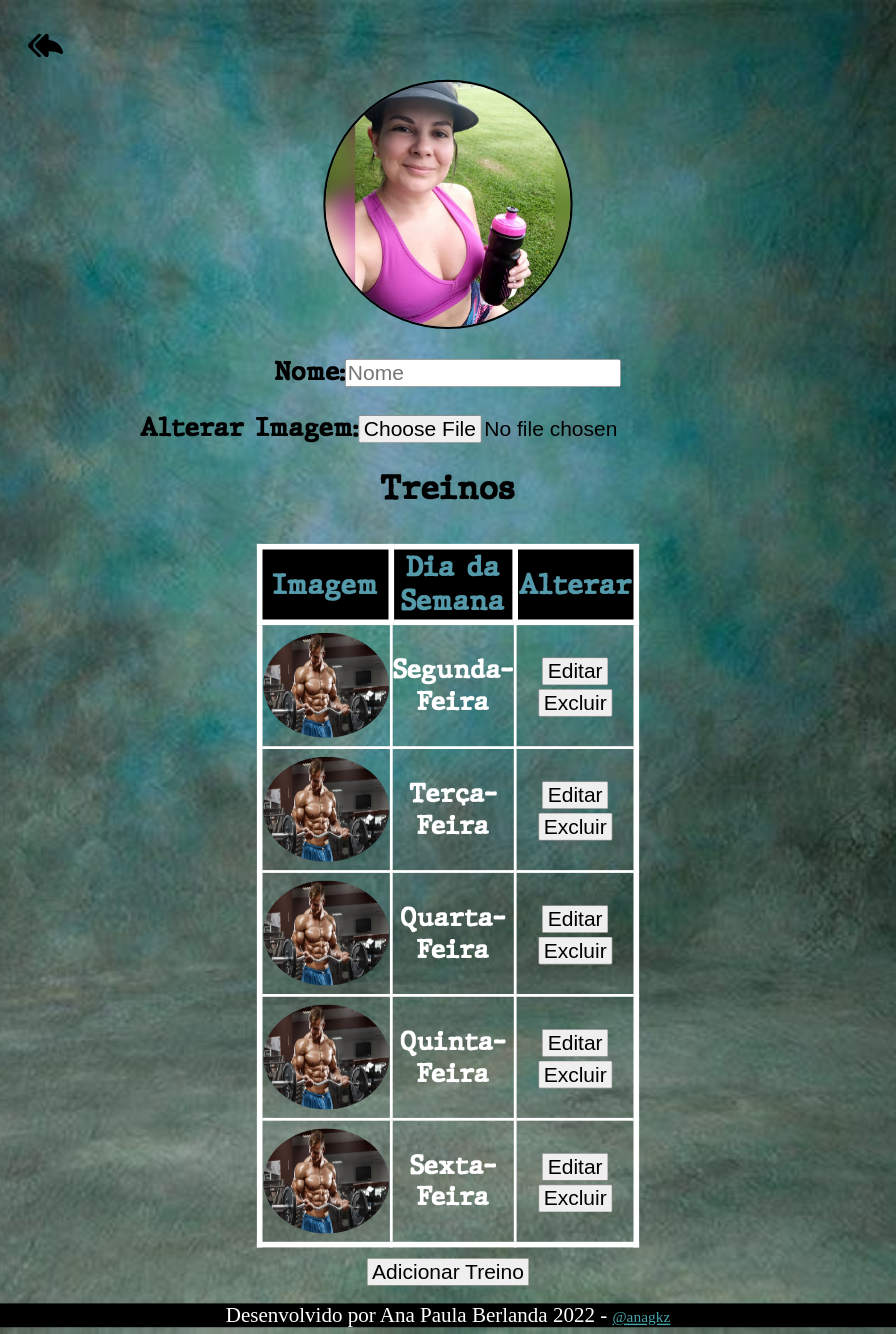
Repository: AnaBerlanda/AppAcademia
Page: config.html
These files come from the project's save history. The page is drawn as it stood at one moment and after the next save; the edit follows.
The browser window is 1280 px wide. The pictures show the whole page, at 70% of full size.

Above is the page before, as saved 2022-02-14 17:08:22.

After the next save:
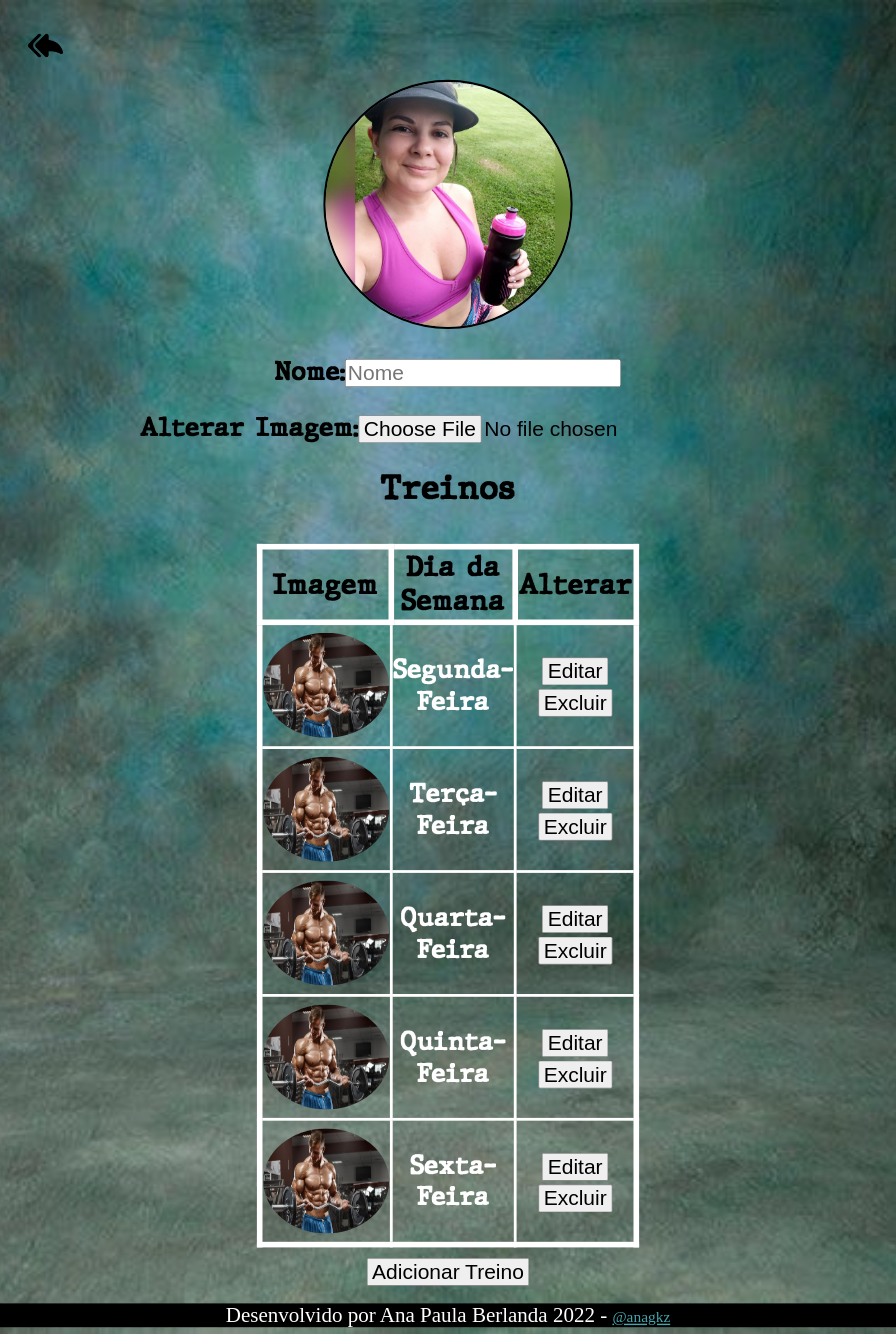
Saved 6 min 3 s later.
--- a/config.html
+++ b/config.html
@@ -78,9 +78,8 @@
             margin-top: 50px;
         }
         table th{
-            color: #549aaa;
+            color: black;
             font-size: 38px;
-            background-color:black;
             font-family: 'JMH';
             border: 8px solid white;
         }
